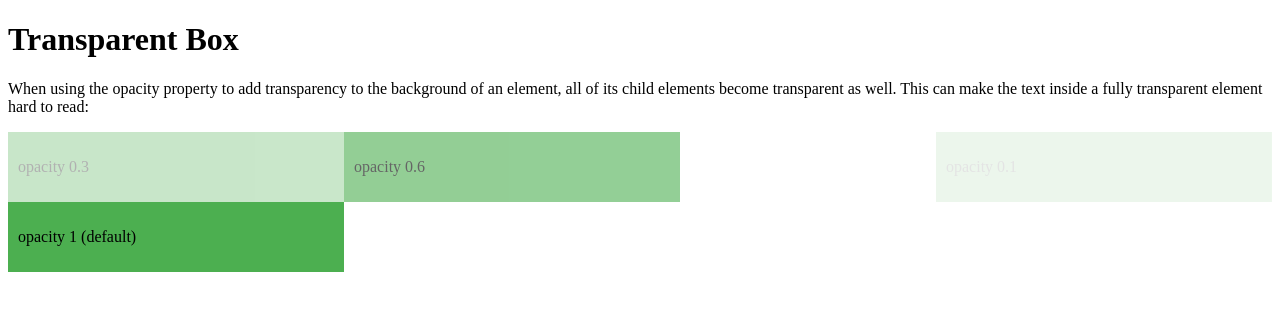
Repository: daeun0220/KB_EDU_JAVA
Page: work03_FrontUI/front02_CSS3/src/main/webapp/css05_opacity(W3C).html
The author's editor kept a copy of each file at every save. The page is drawn from the files as they stood at one save, then again after the next save.
The browser window is 1280 px wide. The pictures show the whole page.

Above is the page before, as saved 2023-08-08 01:39:34.

### work03_FrontUI/front02_CSS3/src/main/webapp/css05_opacity(W3C).html
<!DOCTYPE html>
<html>
<head>
<style>
div {
  background-color: #4CAF50;
  padding: 10px;
  width: 25%;
  float: left;
}

div.first {
  opacity: 0.1;
  float: right;
}

div.second {
  opacity: 0.3;
}

div.third {
  opacity: 0.6;
}

</style>
</head>
<body>

<h1>Transparent Box</h1>
<p>When using the opacity property to add transparency to the background of an element, all of its child elements become transparent as well. This can make the text inside a fully transparent element hard to read:</p>

<div class="first"><p>opacity 0.1</p></div>
<div class="second"><p>opacity 0.3</p></div>
<div class="third"><p>opacity 0.6</p></div>
<div><p>opacity 1 (default)</p></div>

</body>
</html>

After the next save:
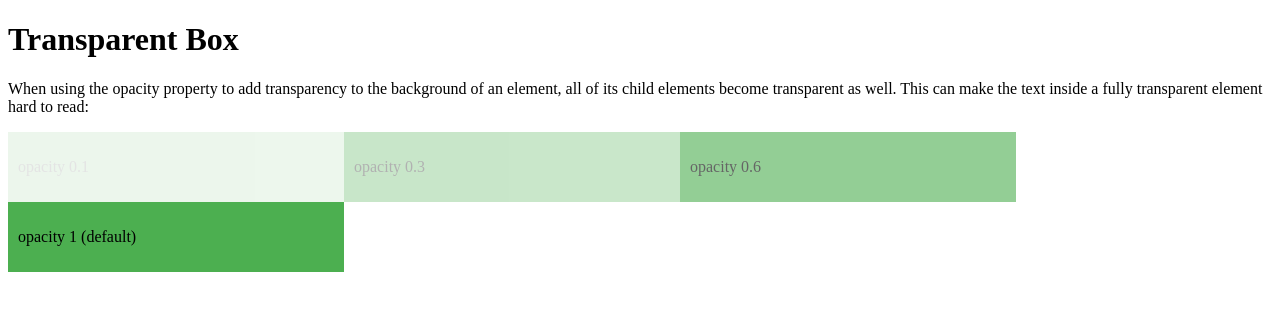
Saved 5 s later.
--- a/work03_FrontUI/front02_CSS3/src/main/webapp/css05_opacity(W3C).html
+++ b/work03_FrontUI/front02_CSS3/src/main/webapp/css05_opacity(W3C).html
@@ -11,7 +11,6 @@ div {
 
 div.first {
   opacity: 0.1;
-  float: right;
 }
 
 div.second {
